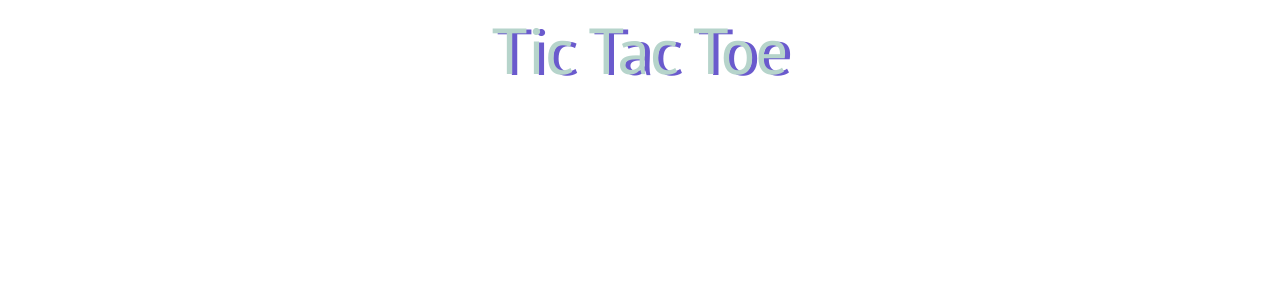
Repository: chin9/TicTacToe
Page: index.html
The author's editor kept a copy of each file at every save. The page is drawn from the files as they stood at one save, then again after the next save.
The browser window is 1280 px wide. The pictures show the whole page.

Above is the page before, as saved 2021-05-12 13:40:55.

### index.html
<head>
    <link rel='stylesheet' href='style.css'>
</head>

<title> TicTacToe</title>

<header>Tic Tac Toe</header>


<body>
    <div class='board'>

        <div class='grid'>

        </div>

        <div class='grid'>

        </div>

        <div class='grid'>

        </div>

        <div class='grid'>

        </div>

        <div class='grid'>

        </div>

        <div class='grid'>

        </div>

        <div class='grid'>

        </div>

        <div class='grid'>

        </div>

        <div class='grid'>

        </div>

        <div class='grid'>

        </div>

    </div>
</body>

### style.css
@import url('https://fonts.googleapis.com/css2?family=PT+Sans&display=swap');


header{
    font-family: 'PT Sans', sans-serif;
    font-size: 65px;
    color: rgb(182, 212, 203);
    text-shadow: 5px 1px slateblue;
    text-align: center;
}

.board{
    display: grid;

    grid-template-columns: 1fr 1fr 1fr;
    grid-template-rows: 1fr 1fr 1fr;
}

After the next save:
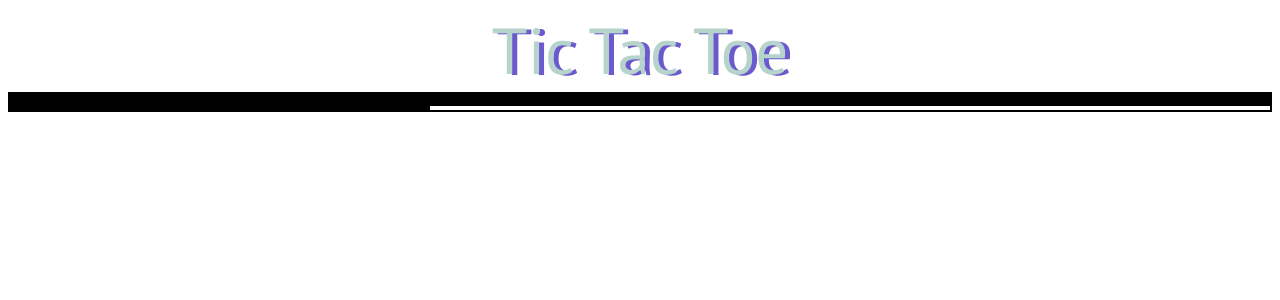
Saved 23 s later.
--- a/style.css
+++ b/style.css
@@ -14,4 +14,10 @@ header{
 
     grid-template-columns: 1fr 1fr 1fr;
     grid-template-rows: 1fr 1fr 1fr;
+
+    border: 2px black solid;
 }
+
+.grid{
+    border: 2px black solid;
+}
